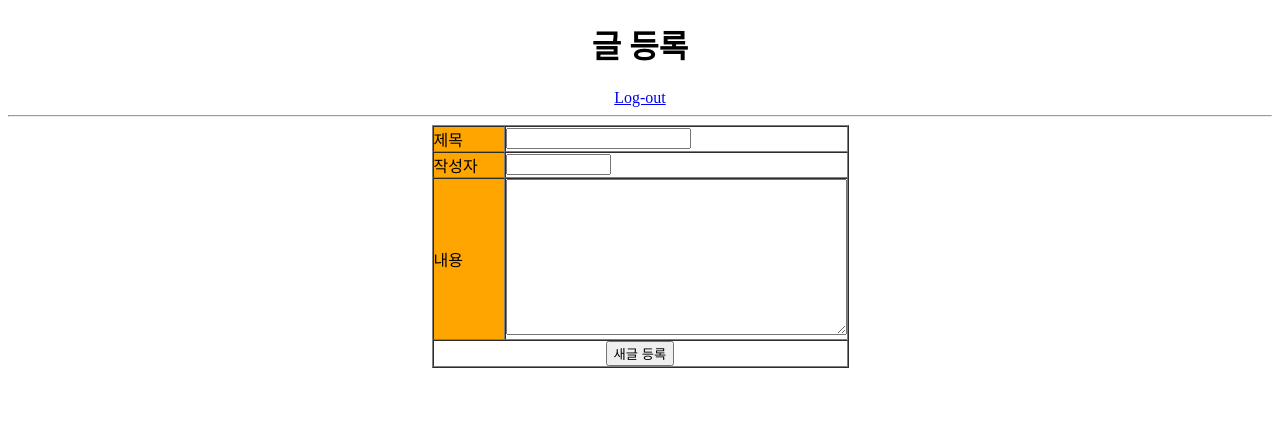
Repository: helena0207/SpringPro
Page: http://localhost/BoardWeb/insertBoard.jsp
The author's editor kept a copy of each file at every save. The page is drawn from the files as they stood at one save, then again after the next save.
The browser window is 1280 px wide. The pictures show the whole page.
The page is served by Tomcat 9.

Above is the page before, as saved 2020-12-02 07:48:21.

After the next save:
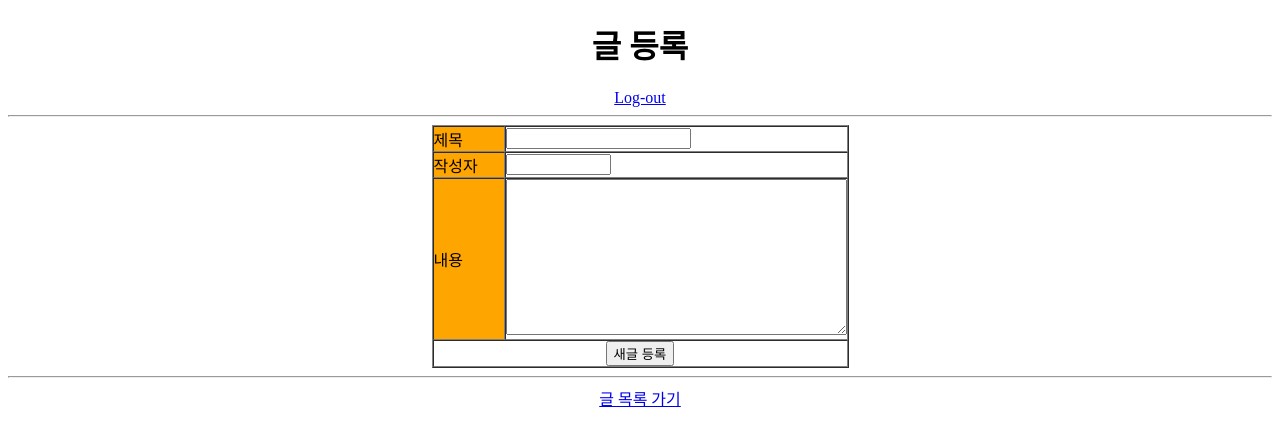
Saved 53 s later.
--- a/BoardWeb/src/main/webapp/insertBoard.jsp
+++ b/BoardWeb/src/main/webapp/insertBoard.jsp
@@ -32,5 +32,10 @@
 	<td colspan="2" align="center">
 	<input type="submit" value="새글 등록"/></td>
 </tr>
+</table>
+</form>
+<hr>
+<a href="getBoardList.jsp">글 목록 가기</a>
+</center>
 </body>
 </html>
